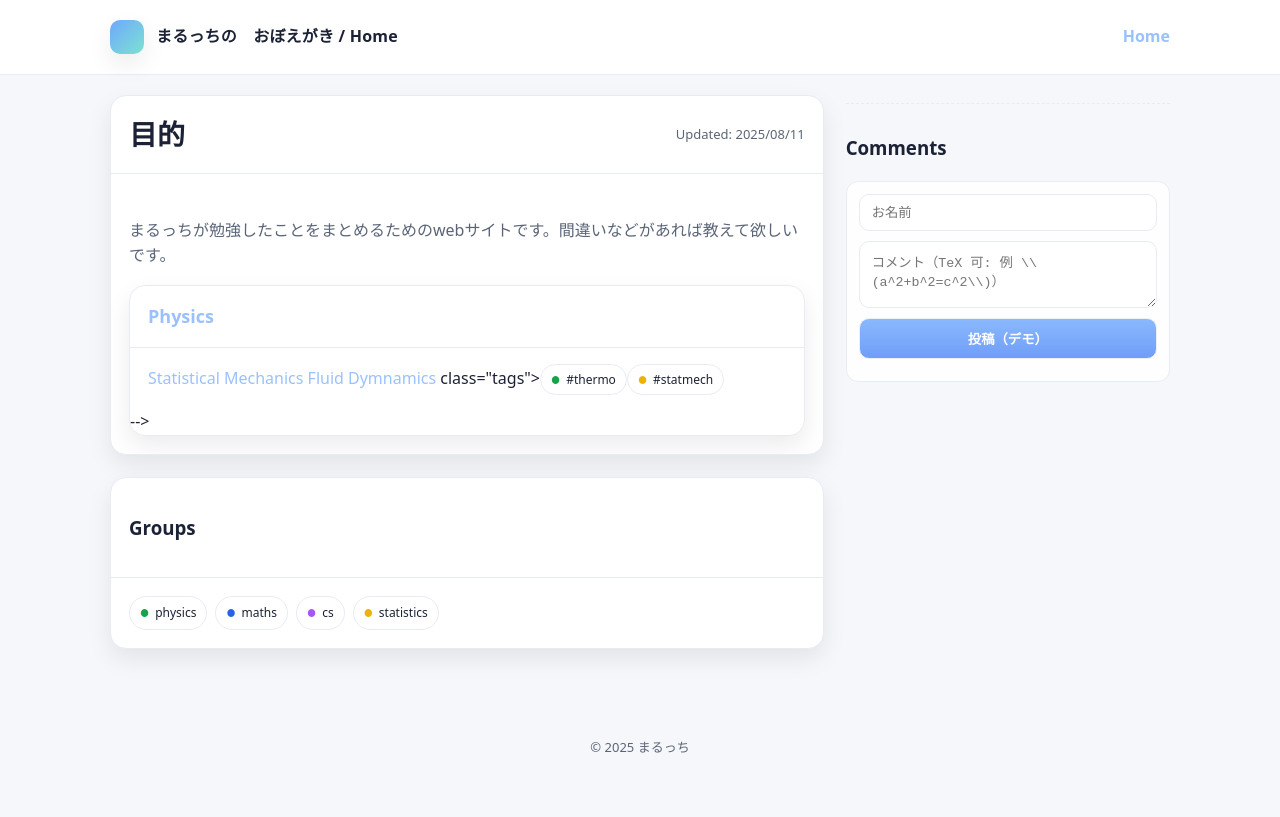
Repository: Riki-Mochimaru/tureduretunedune
Page: index.html
These files come from the project's save history. The page is drawn as it stood at one moment and after the next save; the edit follows.
The browser window is 1280 px wide. The pictures show the whole page.

Above is the page before, as saved 2025-08-11 23:47:32.

### index.html
<!DOCTYPE html>
<html lang="ja">
<head>
  <meta charset="utf-8" />
  <meta name="viewport" content="width=device-width, initial-scale=1" />
  <title>まるっちの おぼえがき— Home</title>
  <link rel="stylesheet" href="assets/styles.css">
</head>
<body>
  <header class="site">
    <div class="shell row">
      <div class="brand"><div class="brand-badge"></div><div>まるっちの　おぼえがき / Home</div></div>
      <nav>
        <a href="./">Home</a>
      </nav>
    </div>
  </header>

  <main class="shell">
    <section class="grid" aria-label="Articles and sidebar">
      <div>
        <article class="card post">
          <div class="hd">
            <h2>目的</h2>
            <div class="meta"><span>Updated: <time data-auto-updated datetime="">—</time></span></div>
          </div>
          <div class="bd">
            <p class="lead">まるっちが勉強したことをまとめるためのwebサイトです。間違いなどがあれば教えて欲しいです。</p>
            <div class="tags">
              <!-- <span class="tag" data-g="math"></span>
              <span class="tag" data-g="cs">#cs</span> -->
            </div>

            <!-- <h3>数式の例</h3>
            <div class="math">\\[ E = mc^2 \\]</div> -->
            <article class="card">
              <div class="hd"><h2 style="font-size:18px; margin:0;">
              <a href="physics/">Physics</a>
              </h2></div>
              <div class="bd">
                <a href="physics/SM/">Statistical Mechanics</a>
                <a href="physics/FluidDynamics/">Fluid Dymnamics</a>   class="tags"><span class="tag" data-g="phys">#thermo</span><span class="tag" data-g="stats">#statmech</span></div> -->
              </div>
            </article>


              </div>
            </article>

            <section class="comments">
              <h3>Comments</h3>
              <form class="form" action="#" method="post">
                <input class="input" name="who" placeholder="お名前" required>
                <textarea class="textarea" name="body" rows="3" placeholder="コメント（TeX 可: 例 \\(a^2+b^2=c^2\\)）" required></textarea>
                <button class="btn" type="button" aria-disabled="true">投稿（デモ）</button>
                <div class="hint"></div>
              </form>
            </section>
          </div>
        </article>
      </div>

      <aside class="aside">
        <section class="card">
          <div class="hd"><h3>Groups</h3></div>
          <div class="bd">
            <div class="tags">
              <span class="tag" data-g="phys">physics</span>
              <span class="tag" data-g="math">maths</span>
              <span class="tag" data-g="cs">cs</span>
              <span class="tag" data-g="stats">statistics</span>
            </div>
          </div>
        </section>
      </aside>
    </section>
  </main>

  <footer class="site"><div class="shell">© 2025 まるっち</div></footer>

  <!-- 数式レンダリング（必要なら有効化） -->
  <script>
    window.MathJax = {
      tex: { inlineMath: [['$','$'], ['\\(','\\)']], displayMath: [['$$','$$'], ['\\[','\\]']] },
      options: { renderActions: { addMenu: [] } }
    };
  </script>
  <script src="https://cdn.jsdelivr.net/npm/mathjax@3/es5/tex-mml-chtml.js" async></script>
  <script>
    // Client-side: auto-fill "Updated" date from document.lastModified
    document.querySelectorAll('time[data-auto-updated]').forEach(t => {
      const d = new Date(document.lastModified);
      // ISO (yyyy-mm-dd)
      const iso = new Date(d.getTime() - d.getTimezoneOffset()*60000)
                    .toISOString().slice(0,10);
      t.setAttribute('datetime', iso);
      // Human-readable in Japanese (Asia/Tokyo)
      t.textContent = d.toLocaleDateString('ja-JP', {
        timeZone: 'Asia/Tokyo', year: 'numeric', month: '2-digit', day: '2-digit'
      });
    });
    </script>
</body>
</html>

### assets/styles.css
/* styles.css — Science Notes
   House style: British English prose; American English in code comments.
*/

/* =========================
   Design tokens
   ========================= */
   :root {
    --bg: #0b0c10;
    --surface: #0f1117;
    --card: #121520;
    --text: #e8ecf8;
    --subtle: #9aa3b2;
    --border: #1e2636;
    --brand: #6ea8fe;
    --accent: #7de2d1;
    --warn: #ffd166;
    --danger: #ff6b6b;
    --radius: 16px;
    --shadow: 0 10px 24px rgba(0,0,0,.35), 0 1px 0 rgba(255,255,255,.04) inset;
    --font-sans: ui-sans-serif, system-ui, -apple-system, Segoe UI, Roboto, Noto Sans JP, "Helvetica Neue", Arial;
    --font-mono: ui-monospace, SFMono-Regular, Menlo, Monaco, Consolas, "Liberation Mono", monospace;
  }
  @media (prefers-color-scheme: light) {
    :root {
      --bg: #f6f7fb; --surface: #ffffff; --card: #ffffff; --text: #1b2235; --subtle: #5b6578; --border: #e7ecf4;
      --shadow: 0 10px 24px rgba(0,0,0,.08);
    }
  }

  /* Base */
  *, *::before, *::after { box-sizing: border-box; }
  html, body { height: 100%; }
  body { margin: 0; font-family: var(--font-sans); background: var(--bg); color: var(--text); line-height: 1.6; }
  /* Accessible link look */
  a { color: #9ac1ff; text-decoration: none; }
  a:hover { text-decoration: underline; }

  /* Header */
  header.site { position: sticky; top: 0; z-index: 10; background: color-mix(in oklab, var(--surface) 92%, transparent); border-bottom: 1px solid var(--border); backdrop-filter: blur(6px); }
  .shell { max-width: 1100px; margin: 0 auto; padding: 20px; }
  .row { display: grid; grid-template-columns: 1fr auto; align-items: center; gap: 16px; }
  .brand { display: flex; align-items: center; gap: 12px; font-weight: 800; letter-spacing: .2px; }
  .brand-badge { width: 34px; height: 34px; border-radius: 10px; background: linear-gradient(135deg, var(--brand), var(--accent)); box-shadow: var(--shadow); }
  nav a { margin-left: 16px; font-weight: 600; }

  /* Layout */
  main { padding-top: 10px; }
  .grid { display: grid; grid-template-columns: 2.2fr 1fr; gap: 22px; align-items: start; }
  @media (max-width: 980px) { .grid { grid-template-columns: 1fr; } }

  /* Cards */
  .card { background: var(--card); border: 1px solid var(--border); border-radius: var(--radius); box-shadow: var(--shadow); overflow: clip; }
  .card .hd { padding: 16px 18px; border-bottom: 1px solid var(--border); display:flex; align-items:center; justify-content: space-between; }
  .card .bd { padding: 18px; }

  /* Tag/Group chips */
  .tags { display:flex; flex-wrap: wrap; gap: 8px; }
  .tag { --c: #334155; color: var(--text); font-size: 12px; padding: 6px 10px; border: 1px solid var(--border); border-radius: 999px; background: color-mix(in oklab, var(--card) 88%, transparent); }
  .tag[data-g="math"]   { --c: #2563eb; }
  .tag[data-g="phys"]   { --c: #16a34a; }
  .tag[data-g="cs"]     { --c: #a855f7; }
  .tag[data-g="stats"]  { --c: #eab308; }
  .tag[data-g="ethics"] { --c: #ef4444; }
  .tag::before { content: "●"; font-size: 10px; margin-right: 6px; color: var(--c); }

  /* Article */
  article.post { display: grid; gap: 10px; }
  article.post h2 { margin: 0; font-size: clamp(20px, 2.6vw, 28px); }
  .meta { color: var(--subtle); font-size: 13px; display:flex; gap: 12px; flex-wrap: wrap; }
  .lead { color: var(--subtle); }

  /* Math blocks (TeX text before JS render) */
  .math { font-family: var(--font-mono); background: color-mix(in oklab, var(--card) 90%, transparent); border: 1px dashed var(--border); border-radius: 10px; padding: 10px 12px; overflow:auto; }
  .eqno { float: right; color: var(--subtle); margin-left: 8px; }

  /* Comment UI (static) */
  .comments { margin-top: 8px; border-top: 1px dashed var(--border); padding-top: 10px; }
  .comment { display: grid; grid-template-columns: 40px 1fr; gap: 10px; padding: 12px 0; }
  .comment + .comment { border-top: 1px dashed var(--border); }
  .avatar { width: 40px; height: 40px; border-radius: 50%; background: linear-gradient(135deg, var(--brand), var(--accent)); display:grid; place-items:center; font-weight: 800; color: #0008; }
  .who { font-weight: 700; }
  .when { color: var(--subtle); font-size: 12px; }

  /* Simple form look (non-functional without JS/backend) */
  .form { display: grid; gap: 10px; background: color-mix(in oklab, var(--card) 90%, transparent); border: 1px solid var(--border); border-radius: 12px; padding: 12px; }
  .input, .textarea { width: 100%; padding: 10px 12px; border-radius: 10px; border: 1px solid var(--border); background: var(--surface); color: var(--text); outline: none; }
  .input:focus, .textarea:focus { box-shadow: 0 0 0 6px #2a5fff33; }
  .btn { display: inline-flex; align-items: center; justify-content: center; gap: 8px; padding: 10px 14px; font-weight: 700; border-radius: 10px; border: 1px solid var(--border); background: linear-gradient(180deg, var(--brand), #4d86f7); color: #fff; cursor: not-allowed; opacity: .8; }
  .hint { font-size: 12px; color: var(--subtle); }

  /* Aside */
  .aside .card + .card { margin-top: 18px; }
  .list { display: grid; gap: 10px; }

  /* Footer */
  footer.site { margin-top: 28px; color: var(--subtle); font-size: 13px; text-align: center; padding: 20px 0 40px; }

  /* Print */
  @media print {
    header.site, footer.site { display:none; }
    .card { box-shadow: none; border-color: #ccc; }
    a { color: #000; text-decoration: none; }
  }

After the next save:
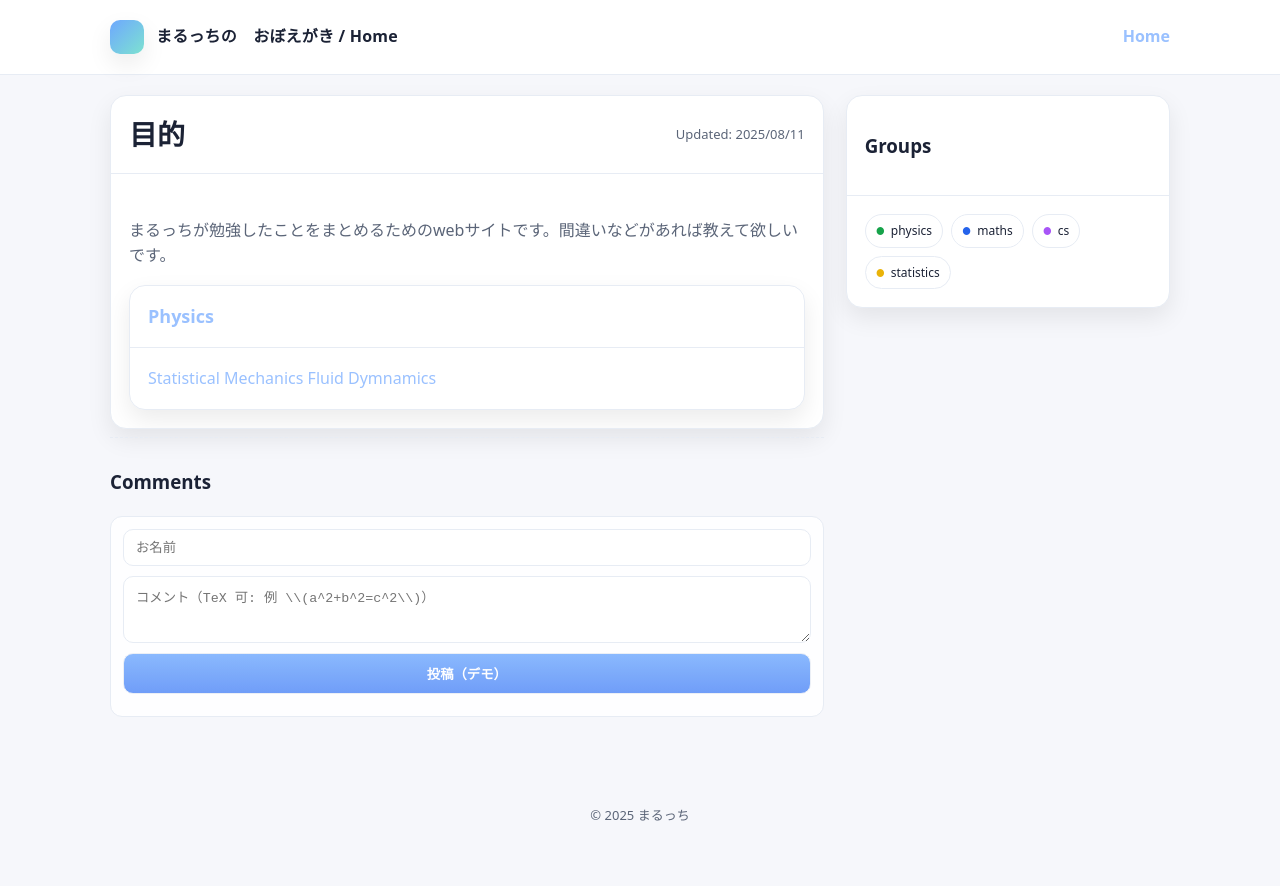
Saved 13 s later.
--- a/index.html
+++ b/index.html
@@ -39,9 +39,7 @@
               </h2></div>
               <div class="bd">
                 <a href="physics/SM/">Statistical Mechanics</a>
-                <a href="physics/FluidDynamics/">Fluid Dymnamics</a>   class="tags"><span class="tag" data-g="phys">#thermo</span><span class="tag" data-g="stats">#statmech</span></div> -->
-              </div>
-            </article>
+                <a href="physics/FluidDynamics/">Fluid Dymnamics</a>              </article>
 
 
               </div>
